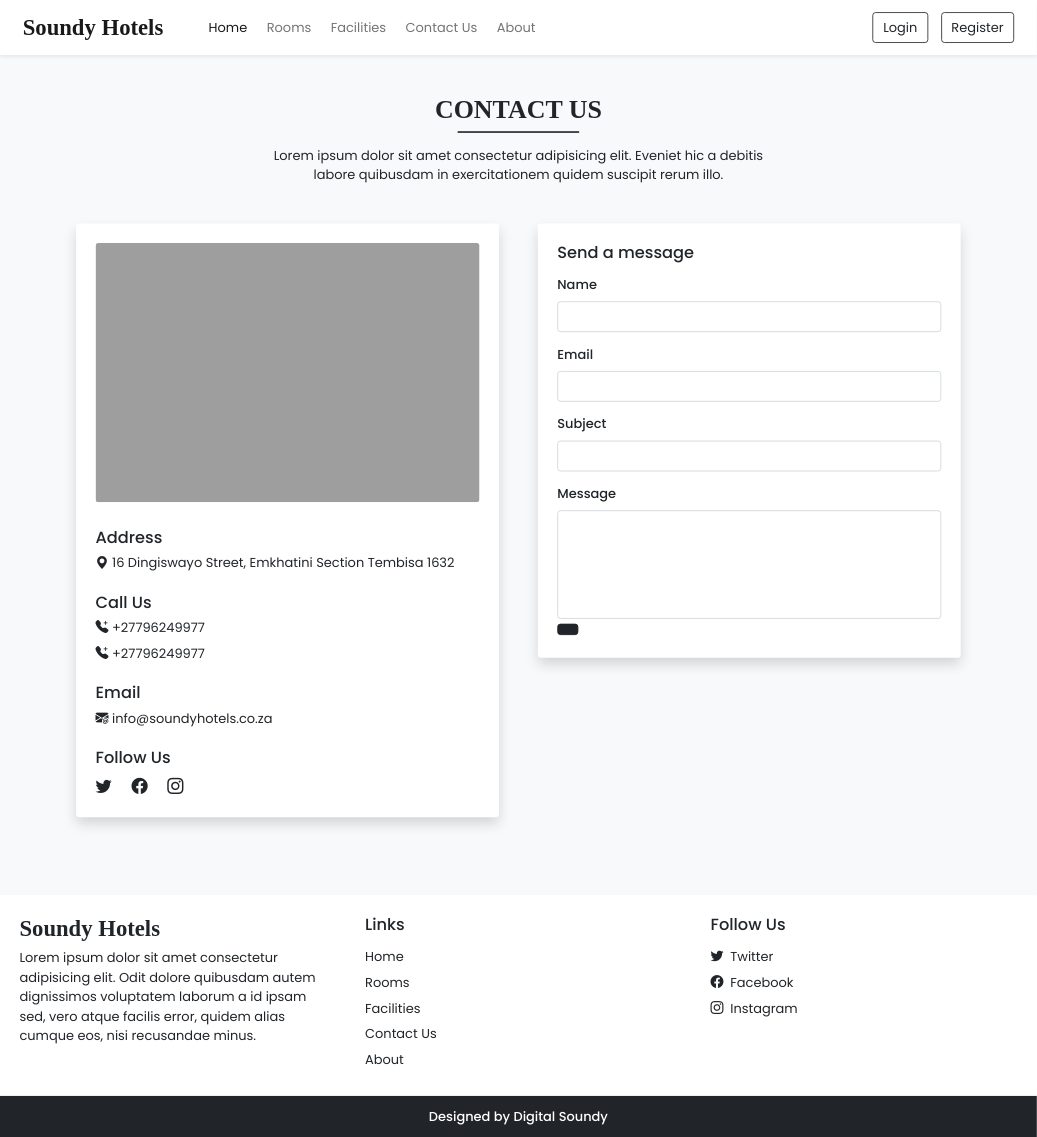
Repository: spencersoundy/Hotel-Booking-App
Page: http://localhost/contact.php
An editor plug-in stored every save of this project. The page is shown before and after the next save, followed by the edit.
The browser window is 1280 px wide. The pictures show the whole page, at 81% of full size.
Pictures or frames that could not be fetched are drawn as grey boxes. Some web fonts or font styles are not loaded; a fallback is used. The page is run by PHP 8.4 with error messages shown; the project is at /var/www/html/.

Above is the page before, as saved 2023-08-05 00:05:38.

After the next save:
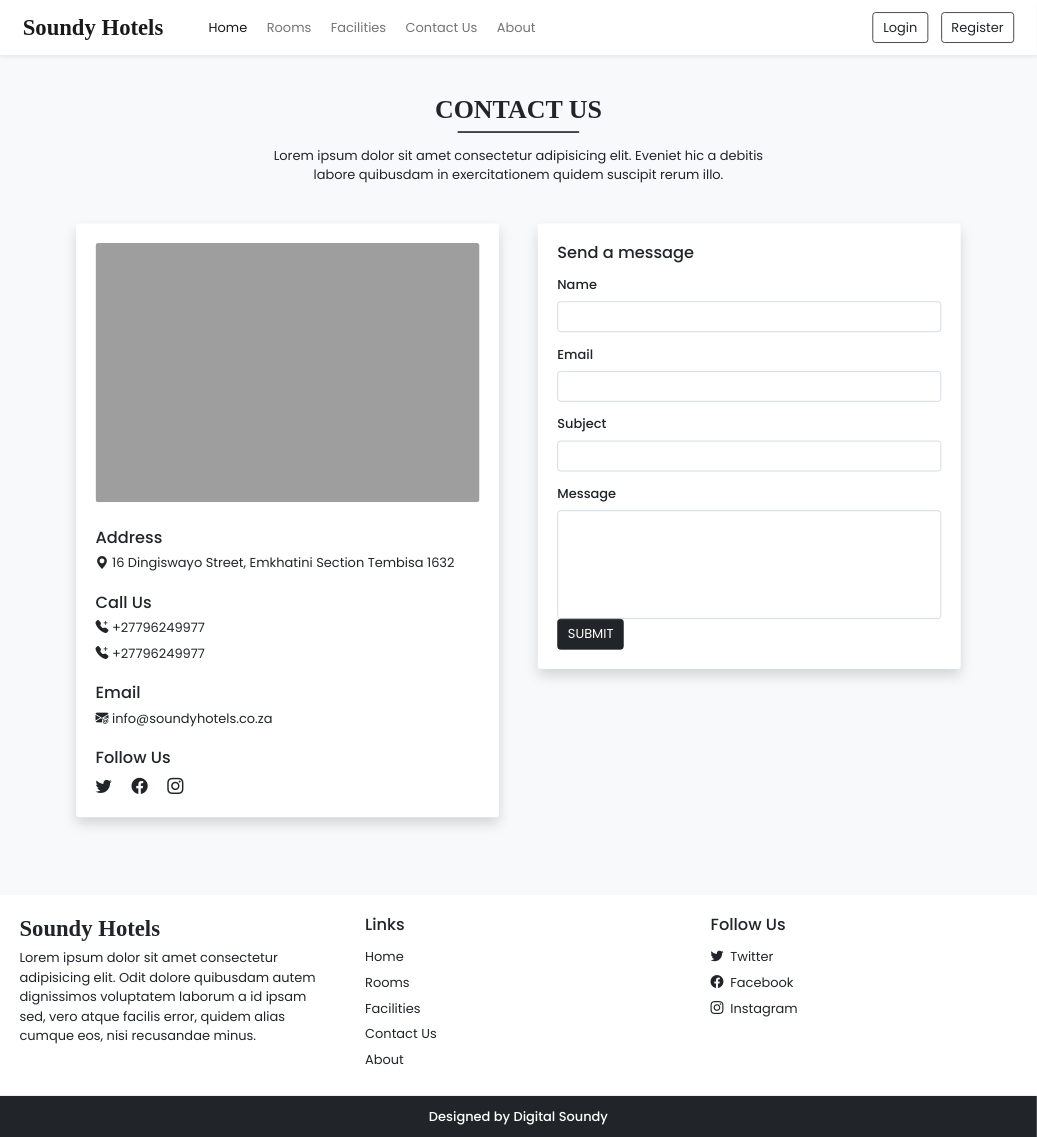
Saved 4 s later.
--- a/contact.php
+++ b/contact.php
@@ -78,7 +78,7 @@
                         <label class="form-label"style="font-weight: 500;">Message</label>
                         <textarea class="form-control shadow-none" rows="5" style="resize: none;"></textarea>
                     </div>
-                    <button type="submit" class="btn btn-dark shadow-none"></button>
+                    <button type="submit" class="btn btn-dark shadow-none">SUBMIT</button>
                 </form>
             </div>
         </div>
